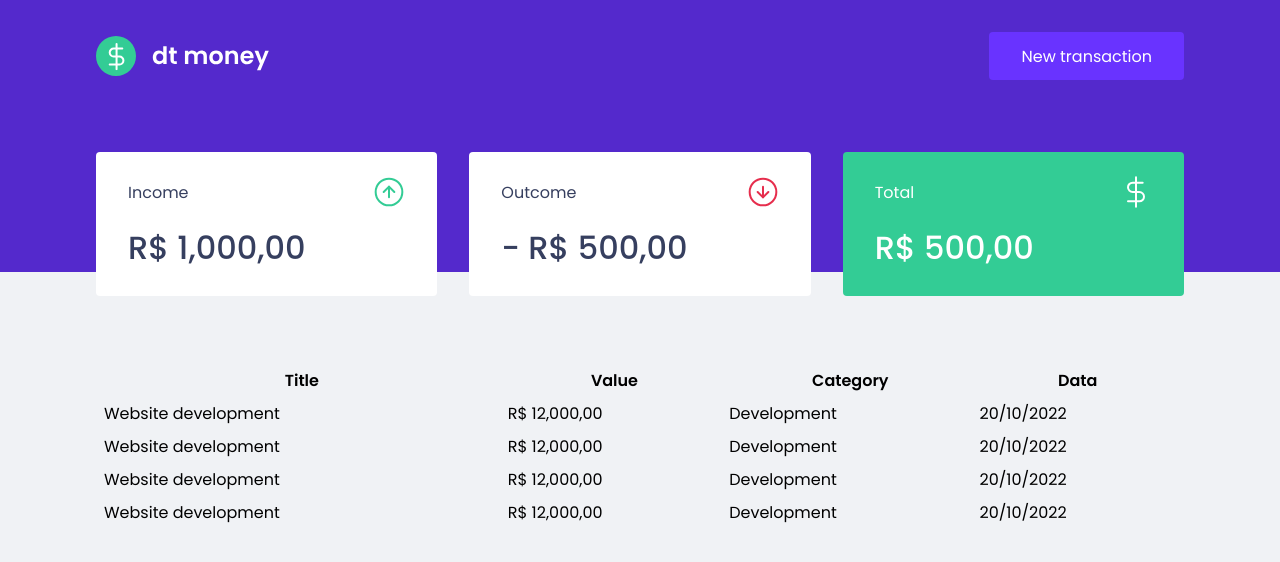
Repository: JoseGu1llardi/dtmoney
Page: /
The author's editor kept a copy of each file at every save. The page is drawn from the files as they stood at one save, then again after the next save.
The browser window is 1280 px wide. The pictures show the whole page.
The project was rebuilt for these pictures with package versions that can differ from the ones it lists, and the page was loaded fresh each time.

Above is the page before, as saved 2022-12-30 15:35:16.

### public/index.html
<!DOCTYPE html>
<html lang="en">
  <head>
    <link rel="preconnect" href="https://fonts.googleapis.com" />
    <link rel="preconnect" href="https://fonts.gstatic.com" crossorigin />

    <meta charset="utf-8" />
    <meta name="viewport" content="width=device-width, initial-scale=1" />

    <link
      href="https://fonts.googleapis.com/css2?family=Poppins:wght@400;500;600&display=swap"
      rel="stylesheet"
    />

    <link rel="shortcut icon" href="favicon.png" type="image/png" />

    <title>Guillardi Money</title>
  </head>
  <body>
    <noscript>You need to enable JavaScript to run this app.</noscript>
    <div id="root"></div>
  </body>
</html>

### src/index.tsx
import { StrictMode } from 'react';
import { createRoot } from 'react-dom/client';
import { App } from './App';

const root = createRoot(
  document.getElementById('root') as HTMLElement
);
root.render(
  <StrictMode>
    <App />
  </StrictMode>
);

### src/App.tsx
import { Dashboard } from "./components/Dashboard";
import { Header } from "./components/Header";

import { GlobalStyle } from "./styles/global";

export function App() {
  return (
    <>
      <Header />
      <Dashboard />
      <GlobalStyle />
    </>
  );
}

### src/components/Dashboard/index.tsx
import { Summary } from "../Summary";
import { TransactionTable } from "../TransactionsTable";

import { Container } from "./styles";


export function Dashboard() {
    return (
        <Container>
            <Summary />
            <TransactionTable />
        </Container>
    )
}

### src/components/Header/index.tsx
import logoImg from '../../assets/logo.svg'
import { Container, Content } from './styles'

export function Header() {
    return (
        <Container>
            <Content>
                <img src={logoImg} alt="Logo Guillardi Money" />
                <button>
                    New transaction
                </button>
            </Content>
        </Container>
    )
}

### src/styles/global.ts
import { createGlobalStyle } from "styled-components";

export const GlobalStyle = createGlobalStyle`
    :root {
        --background: #F0F2F5;
        --red: #e52e4d;
        --blue: #5429cc;
        --green: #33cc95;

        --blue-light: #6933ff;

        --text-title: #363f5f;
        --text-body: #969cb3;

        --background: #f0f2f5;
        --shape: #ffffff;
    }

    * {
        margin: 0;
        padding: 0;
        box-sizing: border-box;
    }

    html {
        @media (max-width: 1080px) {
            font-size: 93.75%;

        @media (max-width: 720px) {
            font-size: 87.5%;
        }
    }

    }

    body {
        background: var(--background);
        -webkit-font-smoothing: antialiased;
    }

    body, input, textarea, button {
        font-family: 'Poppins', sans-serif;
        font-weight: 400;
    }

    h1, h2, h3, h4, h5, h6, strong {
        font-weight: 600;
    }

    button {
        cursor: pointer;
    }

    [disabled] {
        opacity: 0.6;
        cursor: not-allowed;
    }
`;

### src/components/Summary/index.tsx
import { Container } from './styles';

import incomeImg from '../../assets/income.svg';
import outcomeImg from '../../assets/outcome.svg';
import totalImg from '../../assets/total.svg';

export function Summary() {
    return (
        <Container>
            <div>
                <header>
                    <p>Income</p>
                    <img src={incomeImg} alt="Logo income" />
                </header>
                <strong>R$ 1,000,00</strong>
            </div>

            <div>
                <header>
                    <p>Outcome</p>
                    <img src={outcomeImg} alt="Logo outcome" />
                </header>
                <strong>- R$ 500,00</strong>
            </div>

            <div className="highlight-background">
                <header>
                    <p>Total</p>
                    <img src={totalImg} alt="Logo total" />
                </header>
                <strong>R$ 500,00</strong>
            </div>
        </Container>
    )
}

### src/components/TransactionsTable/index.tsx
import { Container } from './styles';

export function TransactionTable() {
    return (
        <Container>
            <table>
                <thead>
                    <tr>
                        <th>Title</th>
                        <th>Value</th>
                        <th>Category</th>
                        <th>Data</th>
                    </tr>
                </thead>

                <tbody>
                    <tr>
                        <td>Website development</td>
                        <td>R$ 12,000,00</td>
                        <td>Development</td>
                        <td>20/10/2022</td>
                    </tr>

                    <tr>
                        <td>Website development</td>
                        <td>R$ 12,000,00</td>
                        <td>Development</td>
                        <td>20/10/2022</td>
                    </tr>

                    <tr>
                        <td>Website development</td>
                        <td>R$ 12,000,00</td>
                        <td>Development</td>
                        <td>20/10/2022</td>
                    </tr>

                    <tr>
                        <td>Website development</td>
                        <td>R$ 12,000,00</td>
                        <td>Development</td>
                        <td>20/10/2022</td>
                    </tr>
                </tbody>
            </table>
        </Container>
    )
}

### src/components/Header/styles.ts
import styled from "styled-components";

export const Container = styled.header`
  background: var(--blue);
`;

export const Content = styled.div`
  max-width: 1120px;
  margin: 0 auto;

  padding: 2rem 1rem 12rem;
  display: flex;
  align-items: center;
  justify-content: space-between;

  button {
    font-size: 1rem;
    color: white;
    background: var(--blue-light);
    border: 0;
    padding: 0 2rem;
    border-radius: 0.25rem;
    height: 3rem;

    transition: filter 0.2s;

    &:hover {
      filter: brightness(0.9);
    }
  }
`;

### src/components/Summary/styles.ts
import styled from "styled-components";

export const Container = styled.div`
  display: grid;
  grid-template-columns: repeat(3, 1fr);
  gap: 2rem;
  margin-top: -10rem;

  div {
    background: var(--shape);
    padding: 1.5rem 2rem;
    border-radius: 0.25rem;
    color: var(--text-title);

    header {
      display: flex;
      align-items: center;
      justify-content: space-between;
    }

    strong {
      display: block;
      margin-top: 1rem;
      font-size: 2rem;
      font-weight: 500;
    }

    &.highlight-background {
      background: var(--green);
      color: white;
    }
  }
`;

### src/components/TransactionsTable/styles.ts
import styled from "styled-components";

export const Container = styled.div`
  margin-top: 4rem;

  table {
    width: 100%;
    border-spacing: 0.5rem;
  }
`;

Loaded but not shown: src/components/Dashboard/styles.ts (common file)

After the next save:
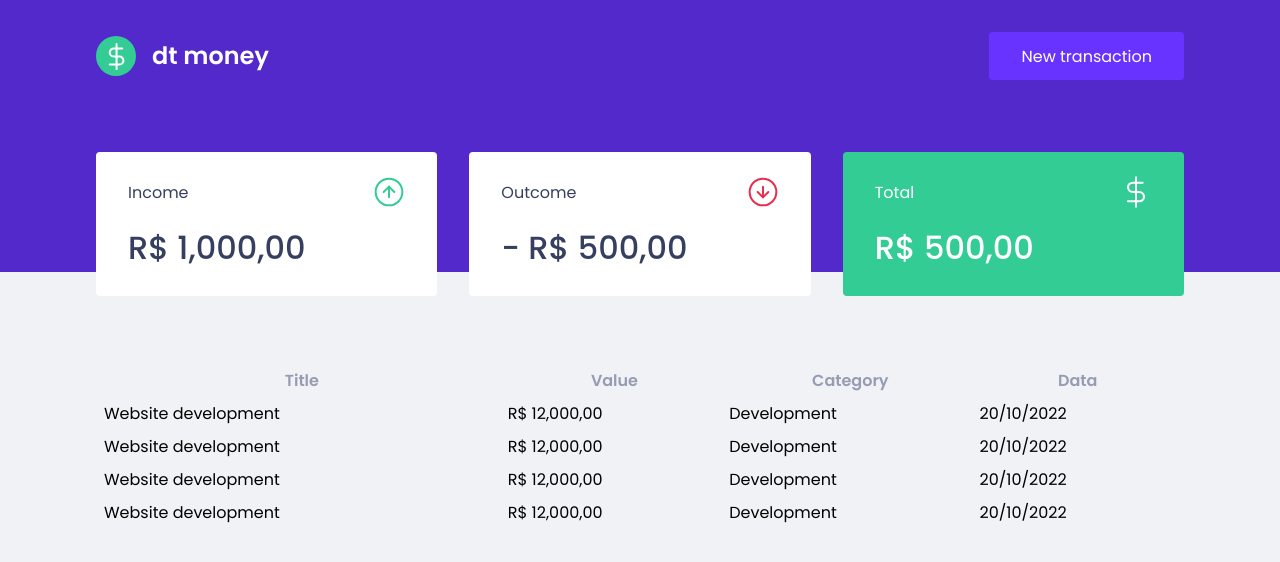
Saved 48 s later.
--- a/src/components/TransactionsTable/styles.ts
+++ b/src/components/TransactionsTable/styles.ts
@@ -6,5 +6,9 @@ export const Container = styled.div`
   table {
     width: 100%;
     border-spacing: 0.5rem;
+
+    th {
+      color: var(--text-body);
+    }
   }
 `;
